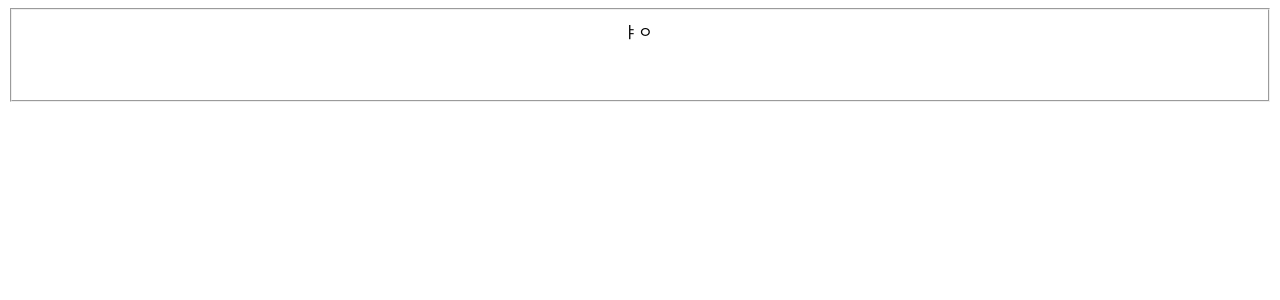
Repository: Jungsol/Servlet_JSP_study
Page: Servlet_JSP_study/src/main/webapp/ex09_join.html
These files come from the project's save history. The page is drawn as it stood at one moment and after the next save; the edit follows.
The browser window is 1280 px wide. The pictures show the whole page.

Above is the page before, as saved 2023-06-06 14:34:44.

After the next save:
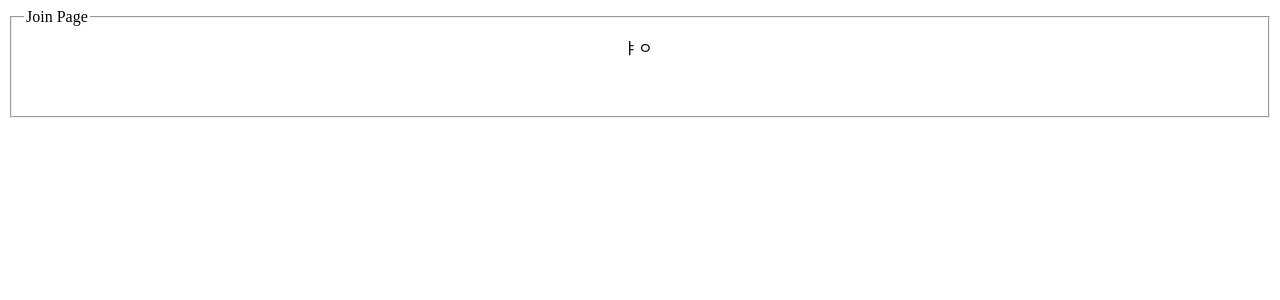
Saved 16 s later.
--- a/Servlet_JSP_study/src/main/webapp/ex09_join.html
+++ b/Servlet_JSP_study/src/main/webapp/ex09_join.html
@@ -12,6 +12,7 @@ table {margin: 0 auto;}
 	<!-- 데이터를 보내기 위한 3요소 : action, name, submit -->
 	<form action="" method="post">
 		<fieldset>
+		<legend>Join Page</legend>
 			<table>
 				<tr>
 					<td>ㅑㅇ</td>
